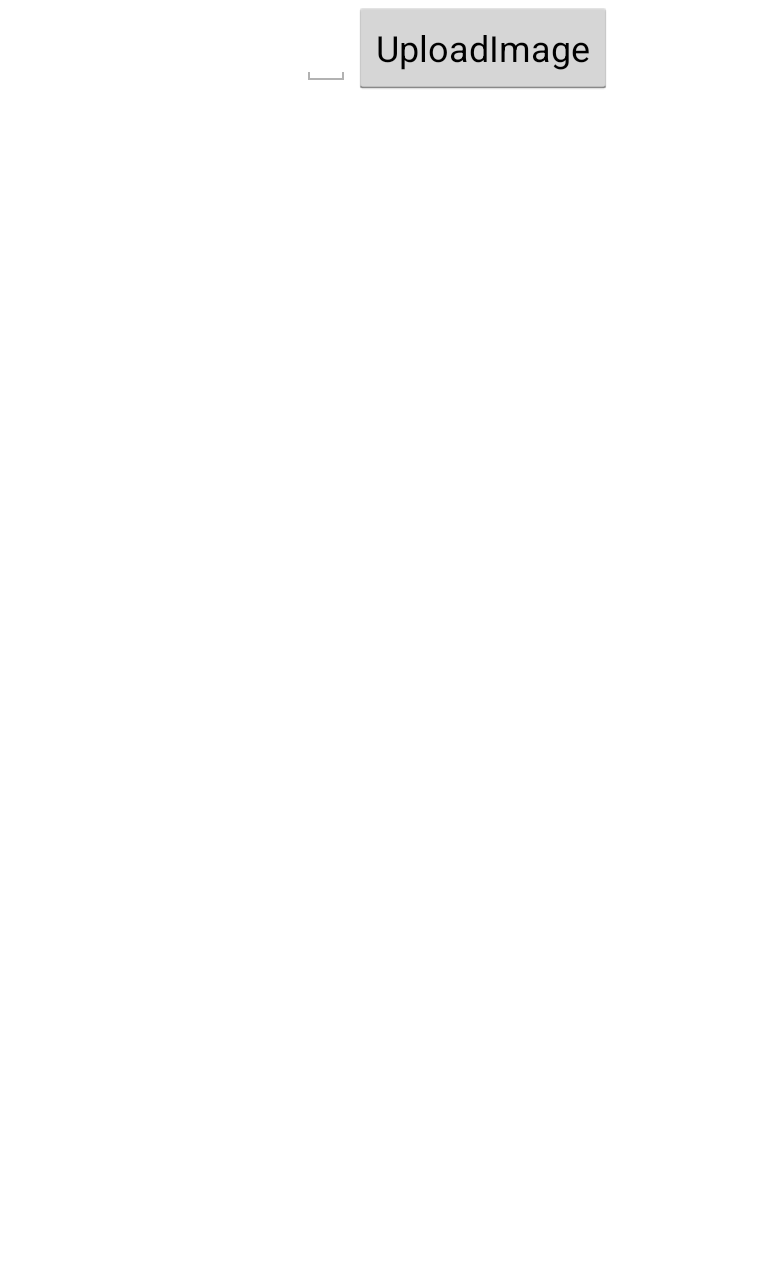
Repository: HSUmod/nanumi
Layout: Nanumi/ImageSendTest/res/layout/activity_main.xml
These files come from the project's save history. The layout is drawn as it stood at one moment and after the next save; the edit follows.
It is drawn on a 768 x 1280 px phone screen (xhdpi) without system bars, with theme AppTheme; the app's code is not run.

Above is the layout before, as saved 2015-11-20 05:11:48.

### Nanumi/ImageSendTest/res/layout/activity_main.xml
<ScrollView xmlns:android="http://schemas.android.com/apk/res/android"
    xmlns:tools="http://schemas.android.com/tools"
    android:layout_width="match_parent"
    android:layout_height="match_parent"
    tools:context="com.example.imagesendtest.MainActivity" >

    <LinearLayout
        android:layout_width="match_parent"
        android:layout_height="wrap_content" >

        <ImageView
            android:id="@+id/imageToUpload"
            android:layout_width="150dp"
            android:layout_height="150dp"
            android:layout_gravity="center_horizontal" />

        <EditText
            android:id="@+id/uploadImageName"
            android:layout_width="wrap_content"
            android:layout_height="wrap_content" />

        <Button
            android:id="@+id/bUploadImage"
            android:layout_width="wrap_content"
            android:layout_height="wrap_content"
            android:text="UploadImage" />

        <ImageView
            android:id="@+id/downloadedImage"
            android:layout_width="150dp"
            android:layout_height="150dp"
            android:layout_gravity="center_horizontal" />

        <EditText
            android:id="@+id/downloadImageName"
            android:layout_width="wrap_content"
            android:layout_height="wrap_content" />

        <Button
            android:id="@+id/bDownloadImage"
            android:layout_width="wrap_content"
            android:layout_height="wrap_content"
            android:text="DownloadImage" />
    </LinearLayout>

</ScrollView>

Loaded but not shown: Nanumi/ImageSendTest/res/values/styles.xml (common file); Nanumi/ImageSendTest/res/values-v11/styles.xml (common file); Nanumi/ImageSendTest/res/values-v14/styles.xml (common file)

After the next save:
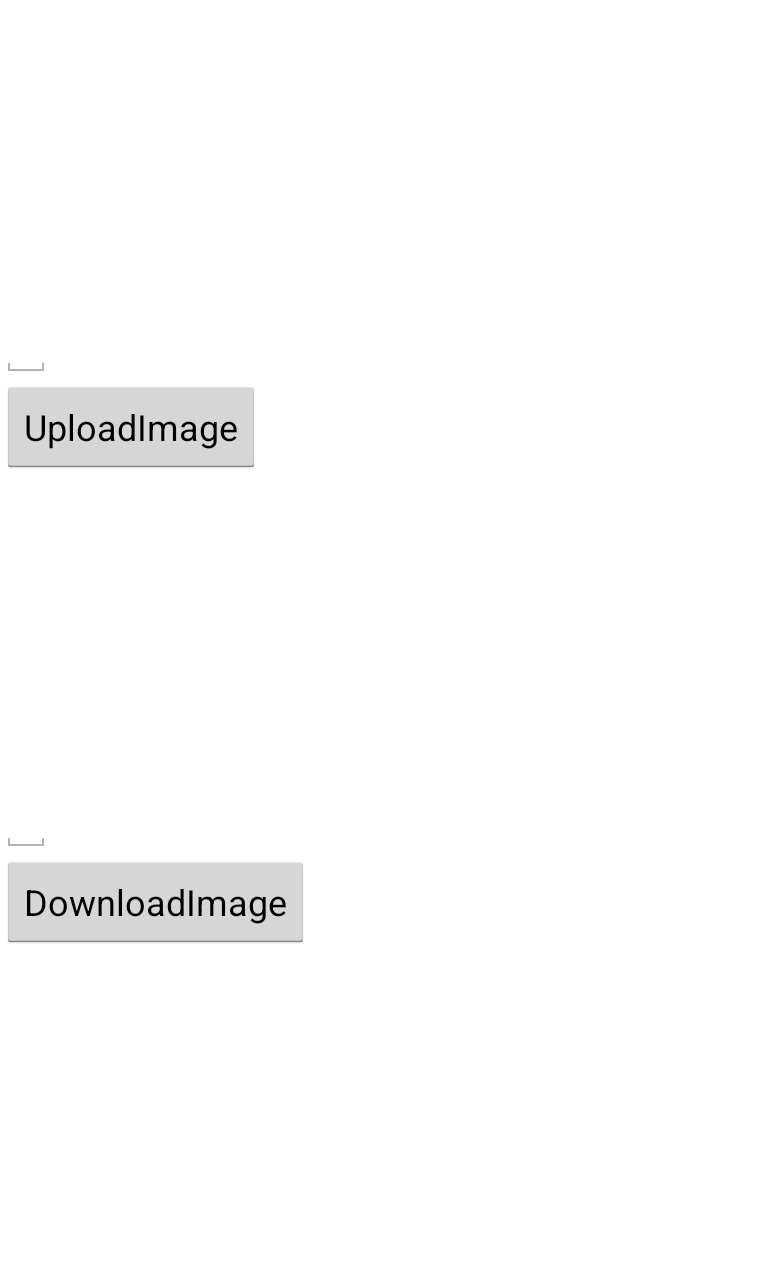
Saved 17 s later.
--- a/Nanumi/ImageSendTest/res/layout/activity_main.xml
+++ b/Nanumi/ImageSendTest/res/layout/activity_main.xml
@@ -6,7 +6,9 @@
 
     <LinearLayout
         android:layout_width="match_parent"
-        android:layout_height="wrap_content" >
+        android:layout_height="wrap_content"
+        android:orientation="vertical"
+         >
 
         <ImageView
             android:id="@+id/imageToUpload"
